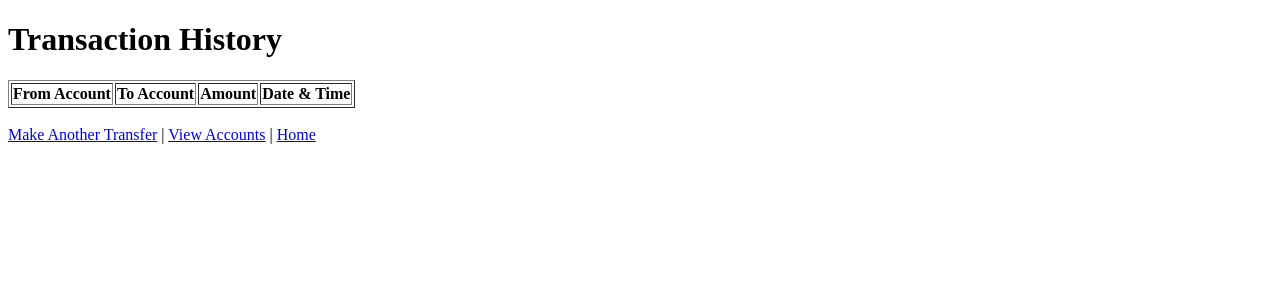
Repository: atharvthonge/Bank-Management-System
Page: http://localhost/transactions
These files come from the project's save history. The page is drawn as it stood at one moment and after the next save; the edit follows.
The browser window is 1280 px wide. The pictures show the whole page.
The page is this project's Thymeleaf template; nobody is signed in. The template is opened directly, without the code that normally fills it, so the values that code supplies are empty.

Above is the page before, as saved 2025-08-22 11:02:02.

### com.securenetbank/src/main/resources/templates/transactions.html
<!DOCTYPE html>
<html xmlns:th="http://www.thymeleaf.org">
<head>
    <title>Transactions</title>
</head>
<body>
    <h1>Transaction History</h1>

    <table border="1">
        <tr>
            <th>From Account</th>
            <th>To Account</th>
            <th>Amount</th>
            <th>Date & Time</th>
        </tr>
        <tr th:each="tx : ${transactions}">
			<td th:text="${tx.id}"></td>
            <td th:text="${tx.fromAcc}"></td>
            <td th:text="${tx.toAcc}"></td>
            <td th:text="${tx.amount}"></td>
          <td th:text="${#dates.format(tx.dateTime, 'h a dd-MMM-yyyy')}"></td>
        </tr>
    </table>

    <br>
    <a th:href="@{/transfer}">Make Another Transfer</a> |
    <a th:href="@{/accounts}">View Accounts</a> |


    <a th:href="@{/}">Home</a>
</body>
</html>

After the next save:
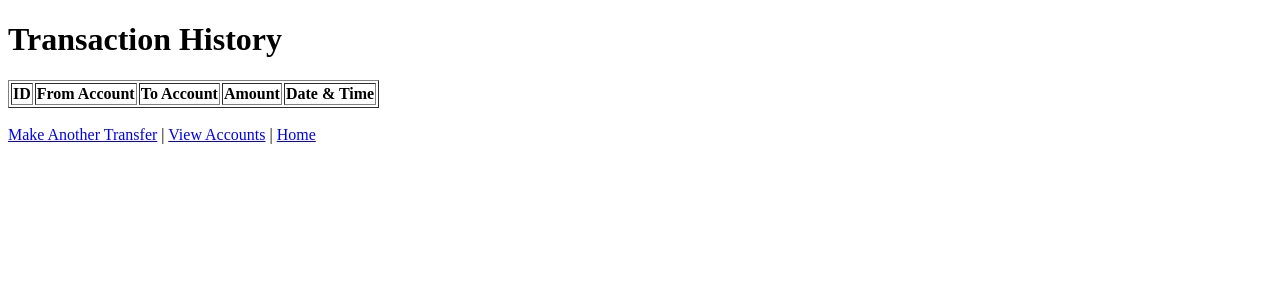
Saved 20 s later.
--- a/com.securenetbank/src/main/resources/templates/transactions.html
+++ b/com.securenetbank/src/main/resources/templates/transactions.html
@@ -8,6 +8,7 @@
 
     <table border="1">
         <tr>
+			<th>ID</th>
             <th>From Account</th>
             <th>To Account</th>
             <th>Amount</th>
